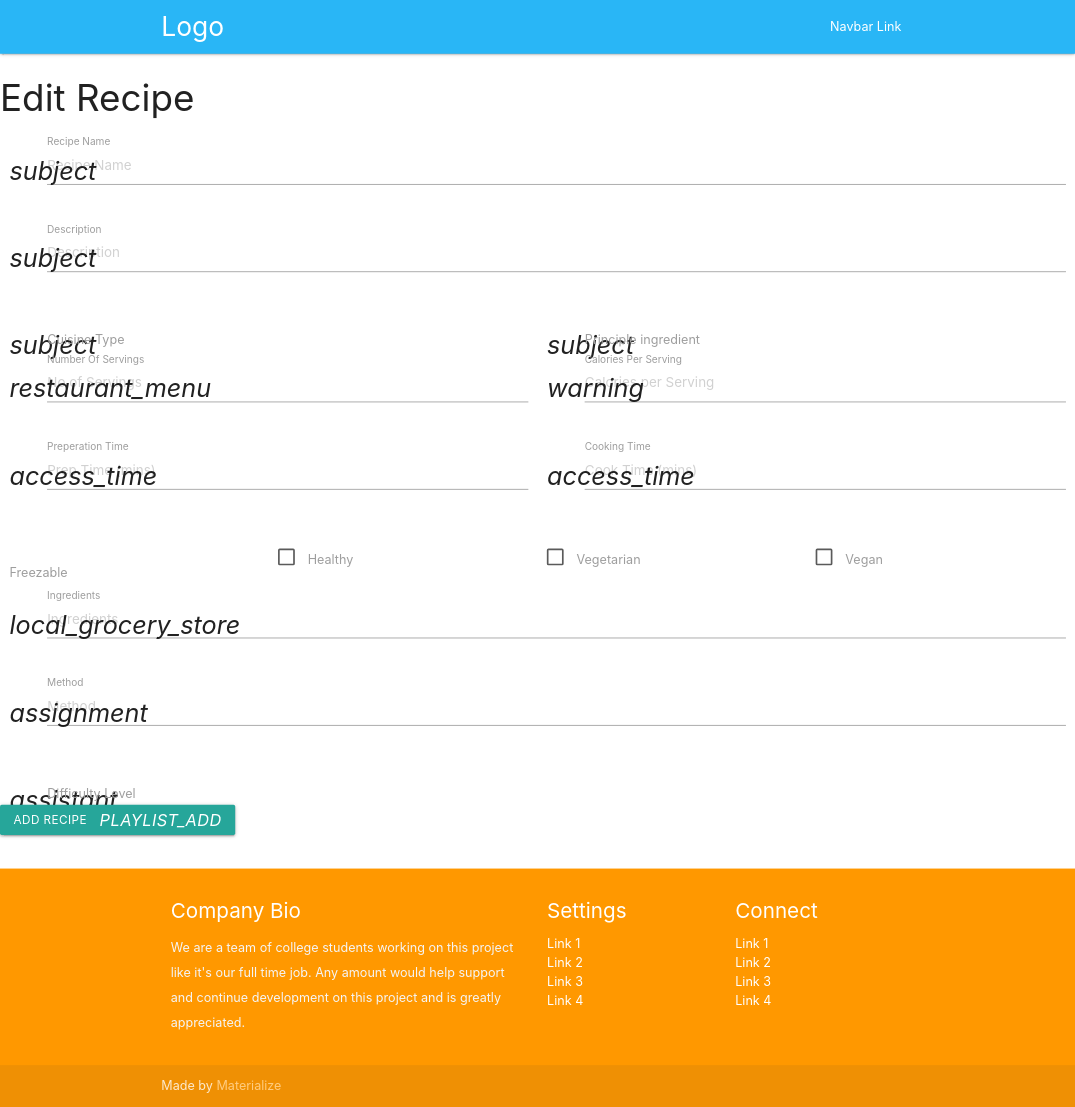
Repository: keefm6776/cookery-website
Page: templates/edit_recipe.html
The author's editor kept a record of every edit. The page is drawn from the files as they stood at one moment, then again after the next edit.
The browser window is 1280 px wide. The pictures show the whole page, at 84% of full size.
The page is served by the project's application, run on Flask 3 (app.py). The template is opened directly, without the code that normally fills it, so the values that code supplies are empty.

Above is the page before.
Console error: ReferenceError: $ is not defined

### templates/edit_recipe.html
{% extends 'base.html' %} {% block content %}

<h3>Edit Recipe</h3>

<div class="row">
    <form action="{{url_for('insert_recipe')}}" method="POST" class="col s12">
        <div class="row">
            <div class="input-field col s12">
                <i class="material-icons prefix">subject</i>
                <label>Recipe Name</label>
                <input placeholder="Recipe Name" id="recipe_name" name="recipe_name" type="text" class="validate" value="{{recipe.recipe_name}}">
            </div>
            <!-- input-field -->
        </div>
        <!-- Row -->
        <div class="row">
            <div class="input-field col s12">
                <i class="material-icons prefix">subject</i>
                <label>Description</label>
                <input placeholder="Description" id="blurb" name="blurb" type="text" class="validate" value="{{recipe.blurb}}">
            </div>
            <!-- input-field -->
        </div>
        <!-- Row -->

        <div class="row">
            <div class="input-field col s12 l6">
                <i class="material-icons prefix">subject</i>
                <select id="cuisine" name="cuisine" type="text">
            <option value="" disabled selected>Choose Cuisine</option>
            {% for cuisine in cuisines %}
                {% if cuisine.name == recipe.cuisine_type %}
                    <option value="{{cuisine.name}}" selected >{{cuisine.name}}</option>
                {% else %}
                    <option value="{{cuisine.name}}">{{cuisine.name}}</option>
                {% endif %}
            {% endfor %}

        </select>
                <label>Cuisine Type</label>
            </div>
            <!-- input-field -->

            <div class="input-field col s12 l6">
                <i class="material-icons prefix">subject</i>
                <select id="principle" name="principle_ingredient" type="text`">
            <option value="" disabled selected>Choose Principle Ingredient</option>
            {% for principle in principles %}
                {% if principle.name == recipe.principle_ingredient %}
                    <option value="{{principle.name}}" selected >{{principle.name}}</option>
                {% else %}
                    <option value="{{principle.name}}">{{principle.name}}</option>
                {% endif %}
            {% endfor %}

        </select>
                <label>Principle ingredient</label>
            </div>
            <!-- input-field -->
        </div>
        <!-- Row -->

        <div class="row">
            <div class="input-field col l6 s12">
                <i class="material-icons prefix">restaurant_menu</i>
                <label>Number Of Servings</label>
                <input placeholder="No of Servings" id="servings" name="servings" type="number" class="validate" value="{{recipe.servings}}">
            </div>
            <!-- input-field -->
            <div class="input-field col l6 s12">
                <i class="material-icons prefix">warning</i>
                <label>Calories Per Serving</label>
                <input placeholder="Calories per Serving" id="calories_per_serve" name="calories_per_serve" type="number" class="validate" value="{{recipe.calories_per_serve}}">
            </div>
            <!-- inpuit-field -->
        </div>
        <!-- Row -->

        <div class="row">
            <div class="input-field col l6 s12">
                <i class="material-icons prefix">access_time</i>
                <label>Preperation Time</label>
                <input placeholder="Prep Time (mins)" id="prep_time" name="prep_time" type="number" class="validate" value={{recipe.prep_time}}>
            </div>
            <!-- input-field -->
            <div class="input-field col l6 s12">
                <i class="material-icons prefix">access_time</i>
                <label>Cooking Time</label>
                <input placeholder="Cook Time (mins)" id="cook_time" name="cook_time" type="number" class="validate" value="{{recipe.cook_time}}">
            </div>
            <!-- input-field -->
        </div>
        <!-- Row -->

        <div class="row">
            <div class="input-field col s6 l3">
                <label>
                {% if recipe.isfreezable  == on %}
                    <option value="{{difficulty.level}}" selected >{{difficulty.level}}</option>
                {% else %}
                    <option value="{{difficulty.level}}">{{difficulty.level}}</option>
                {% endif %}




              <span>Freezable</span>
        </label>
            </div>
            <!-- input-field -->

            <div class="input-field col s6 l3">
                <label>
          <input type="checkbox" id="ishealthy" name="ishealthy" class="filled-in"/>
          <span>Healthy</span>
        </label>
            </div>
            <!-- input-field -->

            <div class="input-field col s6 l3">
                <label>
          <input type="checkbox" id="isvegetarian" name="isvegetarian" class="filled-in"/>
          <span>Vegetarian</span>
        </label>
            </div>
            <!-- input-field -->

            <div class="input-field col s6 l3">
                <label>
          <input type="checkbox" id="isvegan" name="isvegan" class="filled-in"/>
          <span>Vegan</span>
        </label>
            </div>
            <!-- input-field -->
        </div>
        <!-- Row -->

        <br>

        <div class="row">
            <div class="input-field col s12">
                <i class="material-icons prefix">local_grocery_store</i>
                <label>Ingredients</label>
                <input placeholder="Ingredients" id="ingredients" name="ingredients" type="text" value="{{recipe.ingredients}}" />
            </div>
            <!-- input-field -->
        </div>
        <!-- Row -->

        <div class="row">
            <div class="input-field col s12">
                <i class="material-icons prefix">assignment</i>
                <label>Method</label>
                <input placeholder="Method" id="method" name="method" type="text" value="{{recipe.method}}" />
            </div>
            <!-- input-field -->
        </div>
        <!-- Row -->

        <div class="row">
            <div class="input-field col s12">
                <i class="material-icons prefix">assistant</i>
                <select id="difficulty" name="difficulty" type="text">
            <option value="" disabled selected>Choose Difficulty</option>
            {% for difficulty in difficulties %}
               {% if difficulty.level == recipe.difficulty %}
                    <option value="{{difficulty.level}}" selected >{{difficulty.level}}</option>
                {% else %}
                    <option value="{{difficulty.level}}">{{difficulty.level}}</option>
                {% endif %}
            {% endfor %}

        </select>
                <label>Difficulty Level</label>
            </div>
            <!-- input-field -->
        </div>
        <!-- Row -->
        <div class="row">
            <button class="btn waves-effect waves-light" type="submit" name="action">Add Recipe
        <i class="material-icons right">playlist_add</i>
      </button>
        </div>
        <!--Row-->
    </form>
</div>
<!-- Row -->

{% endblock %}

### templates/base.html
<!DOCTYPE html>
<html lang="en">

<head>
  <meta http-equiv="Content-Type" content="text/html; charset=UTF-8" />
  <meta name="viewport" content="width=device-width, initial-scale=1" />
  <title>Cookbook Website</title>

  <!--Load links to CSS files for materialize and my own-->
  <link rel="stylesheet" href="{{url_for('static', filename='css/style.css')}}" type="text/css">
  <link rel="stylesheet" href="{{url_for('static', filename='css/materialize.min.css')}}" type="text/css">
</head>

<body>

<nav class="light-blue lighten-1" role="navigation">
    <div class="nav-wrapper container"><a id="logo-container" href="#" class="brand-logo">Logo</a>
      <ul class="right hide-on-med-and-down">
        <li><a href="#">Navbar Link</a></li>
      </ul>

      <ul id="nav-mobile" class="sidenav">
        <li><a href="#">Navbar Link</a></li>
      </ul>
      <a href="#" data-target="nav-mobile" class="sidenav-trigger"><i class="material-icons">menu</i></a>
    </div>
  </nav>

  {% block content %}

  {% endblock %}

  <footer class="page-footer orange">
    <div class="container">
      <div class="row">
        <div class="col l6 s12">
          <h5 class="white-text">Company Bio</h5>
          <p class="grey-text text-lighten-4">We are a team of college students working on this project like it's our full time job. Any amount would help support and continue development on this project and is greatly appreciated.</p>


        </div>
        <div class="col l3 s12">
          <h5 class="white-text">Settings</h5>
          <ul>
            <li><a class="white-text" href="#!">Link 1</a></li>
            <li><a class="white-text" href="#!">Link 2</a></li>
            <li><a class="white-text" href="#!">Link 3</a></li>
            <li><a class="white-text" href="#!">Link 4</a></li>
          </ul>
        </div>
        <div class="col l3 s12">
          <h5 class="white-text">Connect</h5>
          <ul>
            <li><a class="white-text" href="#!">Link 1</a></li>
            <li><a class="white-text" href="#!">Link 2</a></li>
            <li><a class="white-text" href="#!">Link 3</a></li>
            <li><a class="white-text" href="#!">Link 4</a></li>
          </ul>
        </div>
      </div>
    </div>
    <div class="footer-copyright">
      <div class="container">
      Made by <a class="orange-text text-lighten-3" href="http://materializecss.com">Materialize</a>
      </div>
    </div>
  </footer>



  <!--JavaScript at end of body for optimized loading-->
  <script type="text/javascript" src="{{url_for('static', filename='js/init.js')}}"></script>
  <script type="text/javascript" src="{{url_for('static', filename='js/materialize.min.js')}}"></script>
  <script type="text/javascript" src="{{url_for('static', filename='js/jquery.js')}}"></script>
</body>



<footer>

</footer>

</html>

### app.py
import os
from flask import Flask, render_template, redirect, request, url_for
from flask_pymongo import PyMongo
from bson.objectid import ObjectId

app = Flask(__name__)
app.config["MONGO_DBNAME"] = 'cookbook'
app.config["MONGO_URI"] = 'mongodb+srv://root:31Wirpbj6677@cookery-website-xysxa.mongodb.net/cookbook?retryWrites=true&w=majority'

mongo = PyMongo(app)

@app.route('/')
@app.route('/get_recipes')
def get_recipes():
    return render_template("list_recipes.html", recipes=mongo.db.recipes.find())

@app.route('/add_recipe')
def add_recipe():
    return render_template("add_recipe.html", difficulty=mongo.db.difficulty.find(), cuisines=mongo.db.cuisine_type.find(), principle_ingredients=mongo.db.principle_ingredient.find())

@app.route('/insert_recipe', methods=['POST'])
def insert_recipe():
    recipes = mongo.db.recipes
    recipes.insert_one(request.form.to_dict())
    return redirect(url_for('get_recipes'))

@app.route('/view_recipe/<recipe_id>')
def view_recipe(recipe_id):
    the_recipe =  mongo.db.recipes.find_one({"_id": ObjectId(recipe_id)})
    all_cuisines =  mongo.db.cuisine_type.find()
    return render_template('view_recipe.html', recipe=the_recipe, cuisines=all_cuisines)

@app.route('/edit_recipe/<recipe_id>')
def edit_recipe(recipe_id):
    the_recipe =  mongo.db.recipes.find_one({"_id": ObjectId(recipe_id)})
    all_cuisines =  mongo.db.cuisine_type.find()
    all_principles =  mongo.db.principle_ingredients.find()
    all_difficulties = mongo.db.difficulty_levels.find()
    return render_template('edit_recipe.html', recipe=the_recipe, cuisines=all_cuisines, principles=all_principles, difficulties=all_difficulties)

@app.route('/update_recipe/<recipe_id>', methods=['POST'])
def update_recipe(recipe_id):
    recipes =  mongo.db.recipes
    recipes.update( {'_id': ObjectId(recipe_id)},
    {'recipe_name': request.form.get('recipe_name')},
    {'cuisine_type': request.form.get('cuisine_type')},
    {'servings': request.form.get('servings')},
    {'prep_time': request.form.get('prep_time')},
    {'cook_time': request.form.get('cook_time')},
    {'calories_per_serve': request.form.get('calories_per_serve')},
    {'difficulty': request.form.get('difficulty')},
    {'blurb': request.form.get('blurb')},
    {'isfreezable': request.form.get('isfreezable')},
    {'ishealthy': request.form.get('ishealthy')},
    {'isvegan': request.form.get('isvegan')},
    {'isvegetarian': request.form.get('isvegetarian')},
    {'ingredients': request.form.get('ingredients')},
    {'method': request.form.get('method')},
    {'principle_ingredient': request.form.get('principle_ingredient')})
    return redirect(url_for('get_recipes'))

if __name__ == '__main__':
    app.run(host=os.environ.get('IP'),
            port=int(os.environ.get('PORT')),
            debug=True)

### static/css/style.css
/* Custom Stylesheet */
/**
 * Use this file to override Materialize files so you can update
 * the core Materialize files in the future
 *
 * Made By MaterializeCSS.com
 */

nav ul a,
nav .brand-logo {
  color: #444;
}

p {
  line-height: 2rem;
}

.sidenav-trigger {
  color: #26a69a;
}

.parallax-container {
  min-height: 380px;
  line-height: 0;
  height: auto;
  color: rgba(255,255,255,.9);
}
  .parallax-container .section {
    width: 100%;
  }

@media only screen and (max-width : 992px) {
  .parallax-container .section {
    position: absolute;
    top: 40%;
  }
  #index-banner .section {
    top: 10%;
  }
}

@media only screen and (max-width : 600px) {
  #index-banner .section {
    top: 0;
  }
}

.icon-block {
  padding: 0 15px;
}
.icon-block .material-icons {
  font-size: inherit;
}

footer.page-footer {
  margin: 0;
}

### static/js/init.js
(function($){
  $(function(){

    $('.sidenav').sidenav();
    $('.parallax').parallax();


  });
  });


   $(document).ready(function(){
    $('.carousel').carousel();
  });

Loaded but not shown: static/css/materialize.min.css (library); static/js/materialize.min.js (library); static/js/jquery.js (library)

After the next edit:
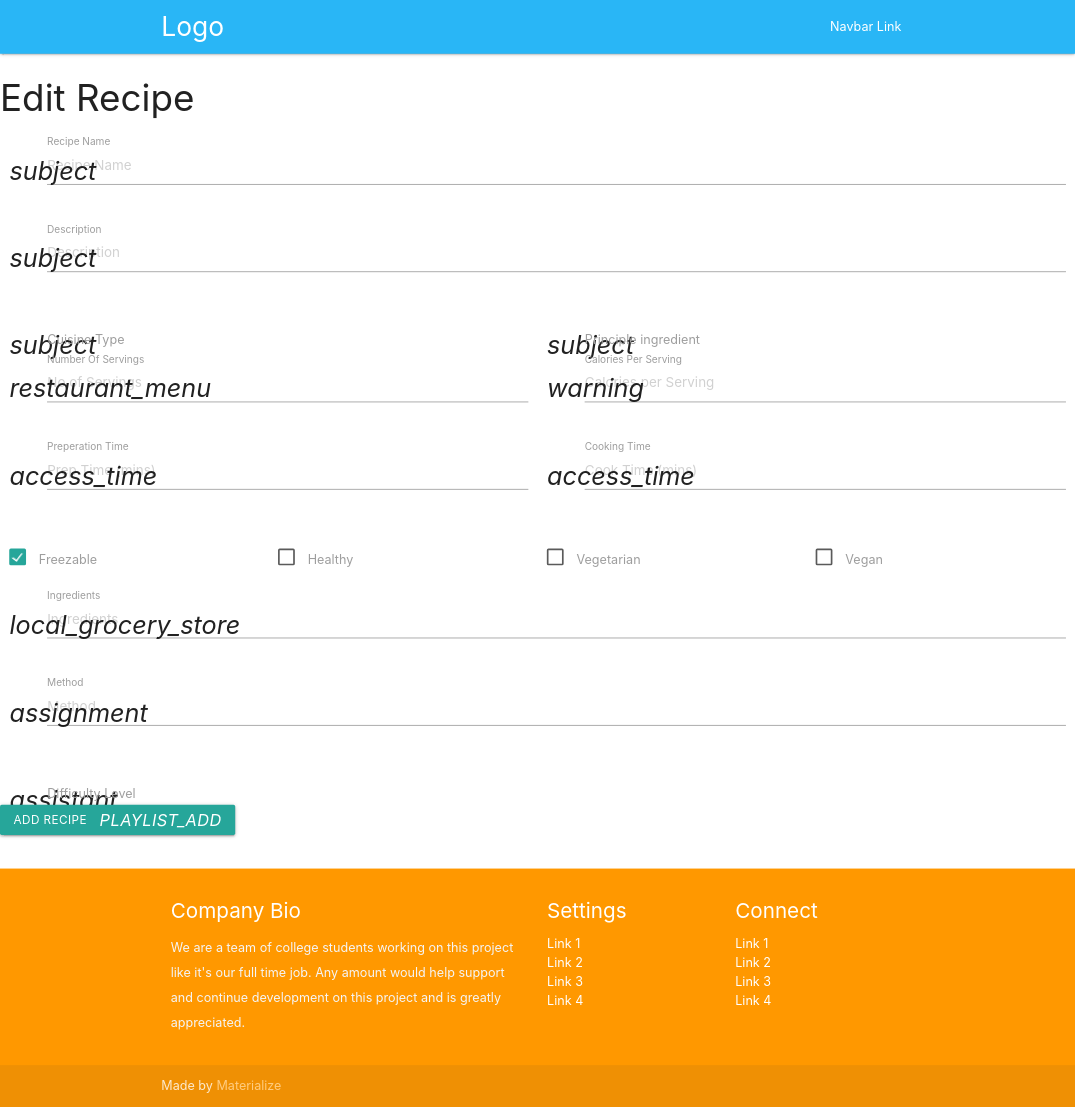
The edit:
--- a/templates/edit_recipe.html
+++ b/templates/edit_recipe.html
@@ -96,7 +96,7 @@
             <div class="input-field col s6 l3">
                 <label>
                 {% if recipe.isfreezable  == on %}
-                    <option value="{{difficulty.level}}" selected >{{difficulty.level}}</option>
+                    <input type="checkbox" id="isfreezable" name="isfreezable" class="filled-in" checked/>
                 {% else %}
                     <option value="{{difficulty.level}}">{{difficulty.level}}</option>
                 {% endif %}
